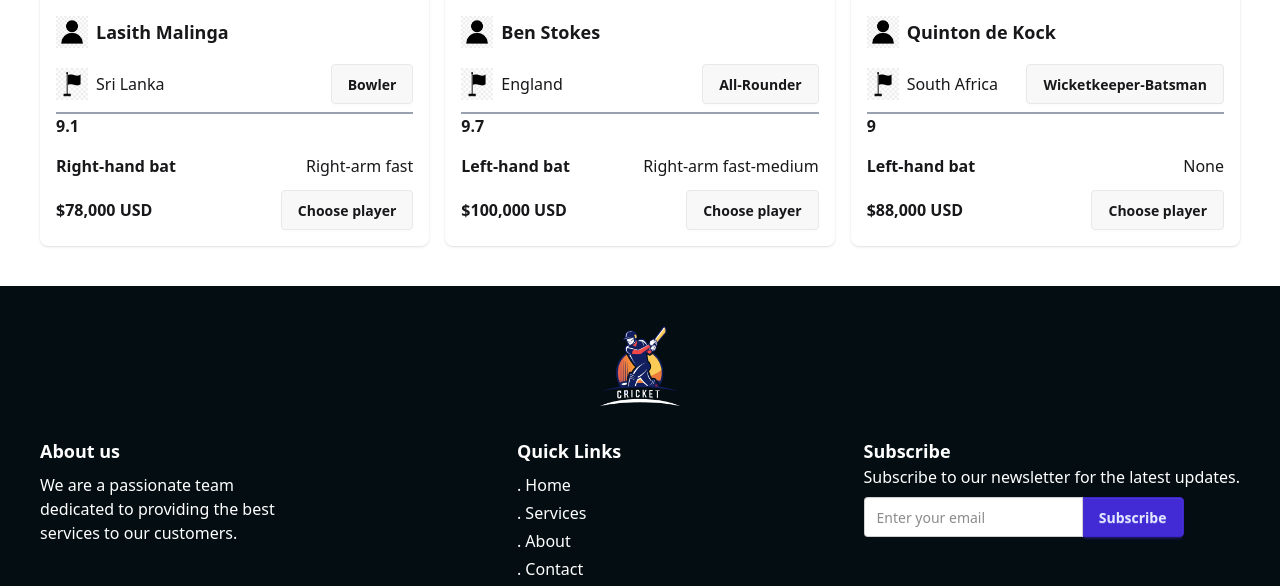
Repository: SanjidaSnigdha/Select-your-eleven
Page: /
These files come from the project's save history. The page is drawn as it stood at one moment and after the next save; the edit follows.
The browser window is 1280 px wide. The pictures show the part of the page from y = 2831 to 3417 px (the page is 3417 px tall).
The project was rebuilt for these pictures with package versions that can differ from the ones it lists, and the page was loaded fresh each time. Also part of the build but not shown: vite.config.js, src/App.css, src/components/SelectedCard/SelectedCard.jsx, src/components/SelectedPlayers/SelectedPlayers.jsx.

Above is the page before, as saved 2026-03-23 00:42:57.

### index.html
<!doctype html>
<html lang="en" style="color-scheme: light;">
  <head>
    <meta charset="UTF-8" />
    <link rel="icon" type="image/svg+xml" href="/favicon.svg" />
    <meta name="viewport" content="width=device-width, initial-scale=1.0" />
    <title>select-your-eleven</title>
  </head>
  <body>
    <div id="root"></div>
    <script type="module" src="/src/main.jsx"></script>
  </body>
</html>

### src/index.css
 @import "tailwindcss";
 @plugin "daisyui" {
  themes: light --default, dark --prefersdark;
  themes: light --default;
 }

### src/App.jsx

import './App.css'
import { ToastContainer } from 'react-toastify';

import AvailablePlayers from './components/AvailablePlayers/AvailablePlayers'
import SelectedPlayers from './components/SelectedPlayers/SelectedPlayers'
import Navbar from './components/Navbar/Navbar'
import { Suspense, useState } from 'react'
import Banner from './components/Banner/Banner';
import Footer from './components/Footer/Footer';

const fetchPlayers = async () =>{
  const res = await fetch("/players.json")
  return res.json()
}
const playersPromise = fetchPlayers()


function App() {
  const [toggle,setToggle] = useState(true)
  const [availableBalance,setAvailableBalance] = useState(600000)
  const [purchasedPlayers,setPurchasedPlayers] = useState([])
  const removePlayer = (p) =>{
    const filteredData = purchasedPlayers.filter(ply=> ply.player_name!==p.player_name)
    console.log(filteredData)
    setPurchasedPlayers(filteredData)
    setAvailableBalance(availableBalance+parseInt(p.price.split("USD").join("").
                split(",").join("")))

  }

  return (
    <>
   <Navbar availableBalance={availableBalance}></Navbar>
   <Banner></Banner>
   <div className='max-w-[1200px] mx-auto flex justify-between items-center'>
    <h1 className='font-bold text-2xl'>{
    toggle===true?"Available players":`Selected players(${purchasedPlayers.length}/6)`}</h1>
    <div className='font-bold'>
      <button onClick={()=>setToggle(true)} className={`py-3 px-4 border-1 border-gray-400 rounded-l-2xl border-r-0 ${toggle===true?"bg-[#E7FE29]":""}`}>Available</button>
      <button onClick={()=>setToggle(false)} className={`py-3 px-4 border-1 border-gray-400 rounded-r-2xl border-l-0 ${toggle===false?"bg-[#E7FE29]":""}`}>Selected <span>({purchasedPlayers.length})</span></button>
    </div>

   </div>

     {
      toggle === true?<Suspense fallback={<span className="loading loading-spinner loading-xl"></span>
}>
    <AvailablePlayers purchasedPlayers={purchasedPlayers} setPurchasedPlayers={setPurchasedPlayers} availableBalance={availableBalance} setAvailableBalance={setAvailableBalance} playersPromise={playersPromise}></AvailablePlayers>
</Suspense>:<SelectedPlayers removePlayer={removePlayer} purchasedPlayers={purchasedPlayers} setToggle={setToggle}></SelectedPlayers>

     }



      <ToastContainer></ToastContainer>
      <Footer></Footer>

    </>
  )
}

export default App

### src/components/AvailablePlayers/AvailablePlayers.jsx
import React, { use } from 'react';

import PlayerCard from '../PlayerCard/PlayerCard';

const AvailablePlayers = ({playersPromise,setAvailableBalance,availableBalance,purchasedPlayers,setPurchasedPlayers}) => {
    const playerData = use(playersPromise)
    return (
        <div className='max-w-[1200px] mx-auto grid grid-cols-1 md:grid-cols-3 gap-4'>

            {
              playerData.map(player=><PlayerCard setPurchasedPlayers={setPurchasedPlayers} purchasedPlayers={purchasedPlayers} availableBalance={availableBalance} setAvailableBalance={setAvailableBalance} player={player}></PlayerCard>


              )
            }

        </div>
    );
};

export default AvailablePlayers;

### src/components/Navbar/Navbar.jsx
import React from 'react';
import navImg from "../../assets/logo.png"
import dollarImg from "../../assets/dollar-1.png"

const Navbar = ({availableBalance}) => {
    return (

         <div className="navbar max-w-[1200px] mx-auto">
          <div className="flex-1">
            <a className="text-xl">
              <img className="w-60px h-50px mt-4" src={navImg} alt="" />
           </a>
          </div>
          <div className='flex justify-between items-center text-gray-500 w-60 h-20 font-semibold mr-30 gap-4'>
            <a>Home</a>
            <a>Fixture</a>
            <a>Teams</a>
            <a>Schedules</a>
          </div>
          <div className="flex items-center gap-1 ml-4">
          <span className='mr-1'>{availableBalance}</span>
          <span className='mr-1'>Coin</span>
          <img className="w-5 h-5" src={dollarImg} alt="" />
         </div>
       </div>
    );

};

export default Navbar;

### src/components/Banner/Banner.jsx
import React from 'react';
import bannerImg from '../../assets/banner-main.png'

const Banner = () => {
    return (
        <div className='max-w-[1200px] mx-auto h-[475px] bg-[#131313]/90 mt-8 mb-10 rounded-3xl'>
           <img src={bannerImg} alt="" className='w-2/12 mx-auto p-10'/>
           <div>
            <h1 className='font-bold w-[970px] h-[60px] text-[#FFFFFF] w-2/12 mx-auto text-center mt-2 text-xl'>Assemble Your Ultimate Dream 11 Cricket Team</h1>
            <p className='text-[#FFFFFF]/70 text-center'>Beyond Boundaries Beyond Limits</p>
            <button className='btn border-amber-400 p-1 flex mt-8 rounded-xl font-bold bg-[#E7FE29] w-2/12 mx-auto text-center items-center'>Claim Free Credit</button>
           </div>
        </div>

    );
};

export default Banner;

### src/components/Footer/Footer.jsx
import React from 'react';
import footerImg from "../../assets/logo-footer.png"

const Footer = () => {
    return (
        <footer className="bg-[#040D11] text-base-content p-10 mt-10 w-full h-[300px]">
            {/* Footer Image */}
            <div className='flex justify-center mb-8'>
            <img src={footerImg} alt="" className='w-20 h-20'/>
            </div>
   <div className='flex flex-col md:flex-row justify-between gap-8'>
    <div>
    <h6 className="font-semibold text-[18px] text-[#FFFFFF]">About us</h6>
    <p className='mt-2 text-[#FFFFFF]'>We are a passionate team<br></br>dedicated to providing the best <br></br> services to our customers.</p>

  </div>
  <div className='text-[#FFFFFF]'>
    <h6 className="font-semibold text-[18px]">Quick Links</h6>
    <div className='flex flex-col mt-2 gap-1'>
    <a className="link link-hover">. Home</a>
    <a className="link link-hover">. Services</a>
    <a className="link link-hover">. About</a>
    <a className="link link-hover">. Contact</a>
    </div>
  </div>

  <form>
    <h6 className="text-[#FFFFFF] font-semibold text-[18px]">Subscribe</h6>
    <p className='text-[#FFFFFF]'>Subscribe to our newsletter for the latest updates.</p>
    <fieldset className="w-80">
      <div className="join mt-2">
        <input
          type="text"
          placeholder="Enter your email"
          className="input input-bordered join-item" />
        <button className="btn btn-primary join-item">Subscribe</button>
      </div>
    </fieldset>
  </form>
  </div>
</footer>
    );
};

export default Footer;

### src/components/PlayerCard/PlayerCard.jsx
import React, { useState } from 'react';
import userImg from "../../assets/man.png"
import flagImg from "../../assets/flag.jpg"
import { toast } from 'react-toastify';

const PlayerCard = ({player,setAvailableBalance,availableBalance,purchasedPlayers,setPurchasedPlayers}) => {
    const [isSelected,setIsSelected] = useState(false)

    const handleSelected = (playerData) =>{
        const playerPrice = parseInt(playerData.price.split("USD").join("").
                split(",").join(""))
                if(availableBalance<playerPrice){
                    toast("Not enough coins!!")
                    return
                }
                if(purchasedPlayers.length===6){
                    toast("6 players already selected")
                    return
                }

         setIsSelected(true)
                setAvailableBalance(availableBalance - playerPrice);
                setPurchasedPlayers([...purchasedPlayers,playerData])


    };
    return (
                        <div className="card bg-base-100 shadow-sm p-4">
         <figure className="px-10 pt-10">
           <img
             src={player.player_image}
             alt="Shoes"
             className='w-full h-[280px] object-cover'
              />
         </figure>
         <div className="mt-4">
           <div className='flex'>
               <img className='w-8 h-8' src={userImg} alt="" /><h2 className='card-title ml-2'>{player.player_name}</h2>
           </div>
           <div className='flex justify-between mt-4 border-b-2 border-gray-400 pb-2'>
       <div className='flex items-center'>
           <img className='w-8 h-8' src={flagImg} alt="" />
           <span className='ml-2'>{player.player_country}</span>
           </div>
           <button className='btn'>{player.playing_role}</button>
           </div>
       <div className='flex justify-between font-bold'>
           <span>{player.rating}</span>

       </div>
       <div className='flex justify-between mt-4'>
           <span className='font-bold'>{player.bating_style}</span>
           <span>{player.bowling_style}</span>
       </div>

           <div className="card-actions mt-3 flex justify-between items-center">
               <p className='font-bold'>${player.price}</p>
             <button disabled={isSelected} onClick={()=>{handleSelected(player)

             }} className="btn">{isSelected===true?"Selected":"Choose player"}</button>
           </div>
         </div>
       </div>
    );
};

export default PlayerCard;

### public/players.json
[
  {
    "player_image": "https://i.ibb.co.com/CKt7DdsZ/shakib-al-hasan-smiling-8olow941lckcha6b.jpg",
    "player_name": "Shakib Al Hasan",
    "player_country": "Bangladesh",
    "playing_role": "All-Rounder",
    "rating": 9.5,
    "bating_style": "Left-hand bat",
    "bowling_style": "Slow left-arm orthodox",
    "price": "75,000 USD"
  },
  {
    "player_image": "https://i.ibb.co.com/WWKnGkNs/Faf-du-Plessis.jpg",
    "player_name": "Faf du Plessis",
    "player_country": "South Africa",
    "playing_role": "Batsman",
    "rating": 9.0,
    "bating_style": "Right-hand bat",
    "bowling_style": "Right-arm medium",
    "price": "70,000 USD"
  },
  {
    "player_image": "https://i.ibb.co.com/XZxnnz3F/Rashid-Khan.jpg",
    "player_name": "Rashid Khan",
    "player_country": "Afghanistan",
    "playing_role": "Bowler",
    "rating": 9.8,
    "bating_style": "Right-hand bat",
    "bowling_style": "Right-arm leg spin",
    "price": "85,000 USD"
  },
  {
    "player_image": "https://i.ibb.co.com/4w5xgSNn/liton-das.jpg",
    "player_name": "Liton Das",
    "player_country": "Bangladesh",
    "playing_role": "Wicketkeeper-Batsman",
    "rating": 8.7,
    "bating_style": "Right-hand bat",
    "bowling_style": "None",
    "price": "60,000 USD"
  },
  {
    "player_image": "https://i.ibb.co.com/391gsfv8/Andre-Russell.jpg",
    "player_name": "Andre Russell",
    "player_country": "West Indies",
    "playing_role": "All-Rounder",
    "rating": 9.6,
    "bating_style": "Right-hand bat",
    "bowling_style": "Right-arm fast",
    "price": "90,000 USD"
  },
  {
    "player_image": "https://i.ibb.co.com/67D8FvCn/Mustafizur-Rahman.webp",
    "player_name": "Mustafizur Rahman",
    "player_country": "Bangladesh",
    "playing_role": "Bowler",
    "rating": 8.9,
    "bating_style": "Left-hand bat",
    "bowling_style": "Left-arm fast-medium",
    "price": "65,000 USD"
  },
  {
    "player_image": "https://i.ibb.co.com/h1wRWkVC/David-Warner.jpg",
    "player_name": "David Warner",
    "player_country": "Australia",
    "playing_role": "Batsman",
    "rating": 9.4,
    "bating_style": "Left-hand bat",
    "bowling_style": "Right-arm leg spin",
    "price": "95,000 USD"
  },
  {
    "player_image": "https://i.ibb.co.com/0VsmTGGY/Sunil-Narine.jpg",
    "player_name": "Sunil Narine",
    "player_country": "West Indies",
    "playing_role": "All-Rounder",
    "rating": 9.2,
    "bating_style": "Left-hand bat",
    "bowling_style": "Right-arm off spin",
    "price": "80,000 USD"
  },
  {
    "player_image": "https://i.ibb.co.com/HpkRbDz3/Babar.png",
    "player_name": "Babar Azam",
    "player_country": "Pakistan",
    "playing_role": "Batsman",
    "rating": 9.3,
    "bating_style": "Right-hand bat",
    "bowling_style": "None",
    "price": "92,000 USD"
  },
  {
    "player_image": "https://i.ibb.co.com/dsk08w2x/Lasith-Malinga1.jpg",
    "player_name": "Lasith Malinga",
    "player_country": "Sri Lanka",
    "playing_role": "Bowler",
    "rating": 9.1,
    "bating_style": "Right-hand bat",
    "bowling_style": "Right-arm fast",
    "price": "78,000 USD"
  },
  {
    "player_image": "https://i.ibb.co.com/s9vHr4tS/Ben-Stokes.png",
    "player_name": "Ben Stokes",
    "player_country": "England",
    "playing_role": "All-Rounder",
    "rating": 9.7,
    "bating_style": "Left-hand bat",
    "bowling_style": "Right-arm fast-medium",
    "price": "100,000 USD"
  },
  {
    "player_image": "https://i.ibb.co.com/gFhPmT1c/Quinton-de-Kock1.jpg",
    "player_name": "Quinton de Kock",
    "player_country": "South Africa",
    "playing_role": "Wicketkeeper-Batsman",
    "rating": 9.0,
    "bating_style": "Left-hand bat",
    "bowling_style": "None",
    "price": "88,000 USD"
  }
]

Loaded but not shown: src/main.jsx (common file)

After the next save:
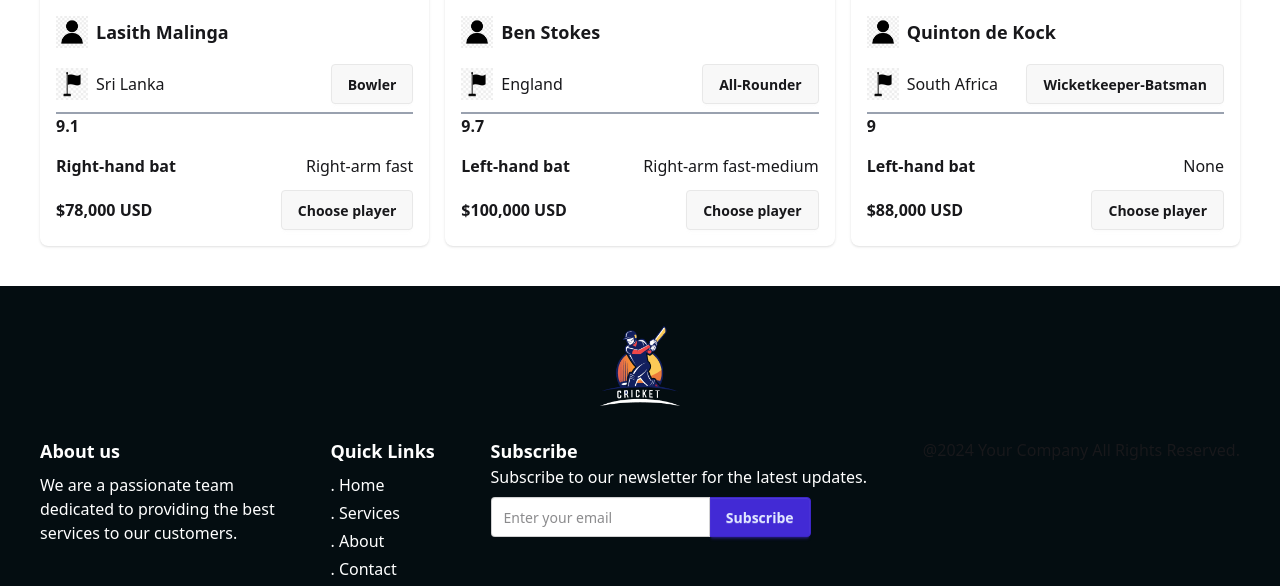
Saved 45 s later.
--- a/src/components/Footer/Footer.jsx
+++ b/src/components/Footer/Footer.jsx
@@ -37,6 +37,7 @@
       </div>
     </fieldset>
   </form>
+  <p>@2024 Your Company All Rights Reserved.</p>
   </div>
 </footer>
     );
